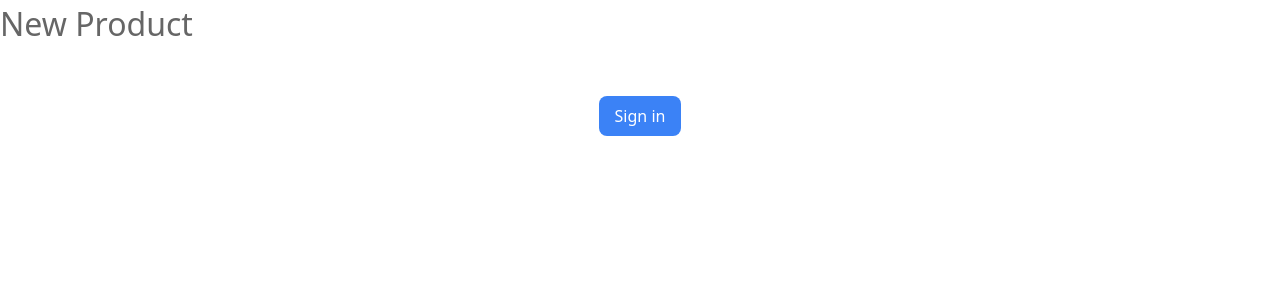
Repository: GlorifiedIntel/admin-dashboard
Page: /products/new
An editor plug-in stored every save of this project. The page is shown before and after the next save, followed by the edit.
The browser window is 1280 px wide. The pictures show the whole page.
The page's requests for data from a server got no answer. The project was rebuilt for these pictures with package versions that can differ from the ones it lists, and the page was loaded fresh each time. The framework's server and built-in components were replaced by stand-ins that run in the browser. No one was signed in, and anything a server would have sent is missing. Also part of the build but not shown: next.config.mjs, components/Nav.js.

Above is the page before, as saved 2025-02-01 17:17:18.

After the next save:
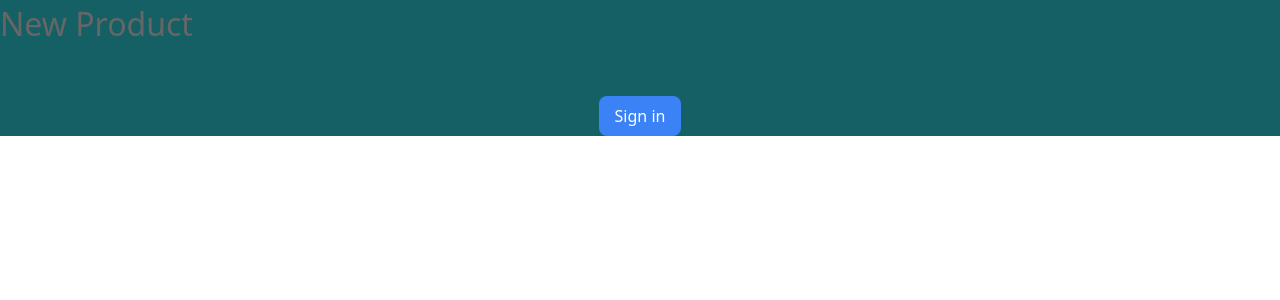
Saved 63 s later.
--- a/pages/products/new.js
+++ b/pages/products/new.js
@@ -3,7 +3,7 @@
 
 export default function NewProduct() {
     return (
-        <div>
+        <div className="bg-[#156064]">
             <h1>New Product</h1>
             <ProductForm />
         </div>
